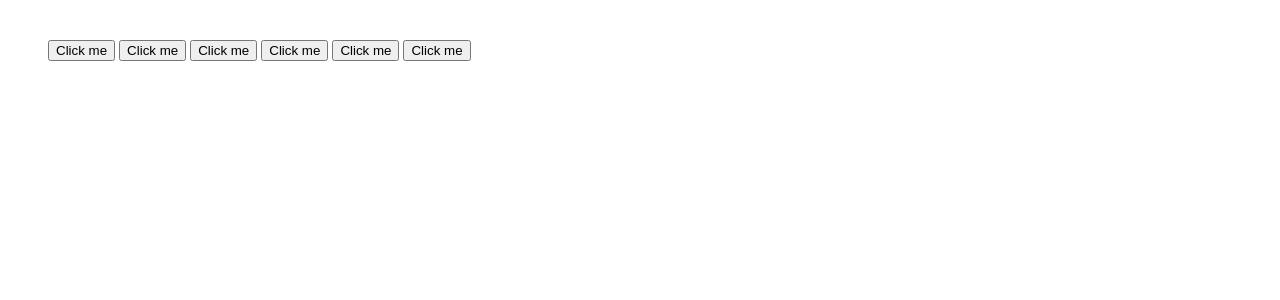
Repository: yuktavyas14/vscode
Page: index.html
These files come from the project's save history. The page is drawn as it stood at one moment and after the next save; the edit follows.
The browser window is 1280 px wide. The pictures show the whole page.

Above is the page before, as saved 2021-06-08 14:16:44.

After the next save:
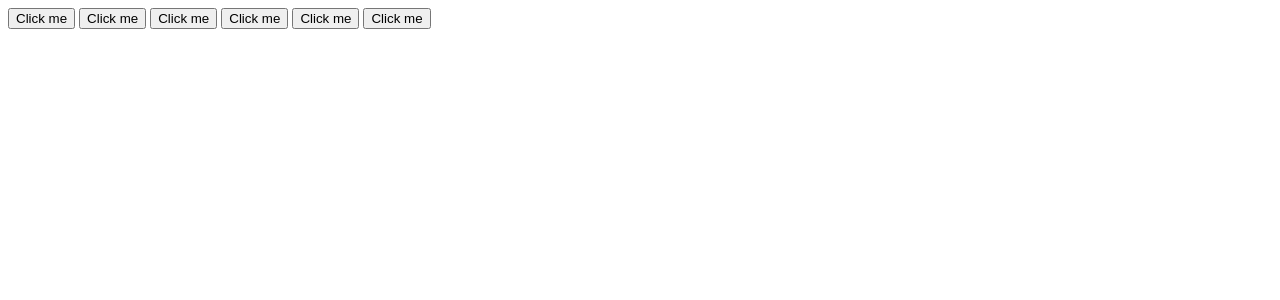
Saved 14 s later.
--- a/style.css
+++ b/style.css
@@ -2,6 +2,4 @@
     display: flex;
     align-items: center;
     flex-direction: row;
-    padding: 20px;
-    margin: 20px;
 }
